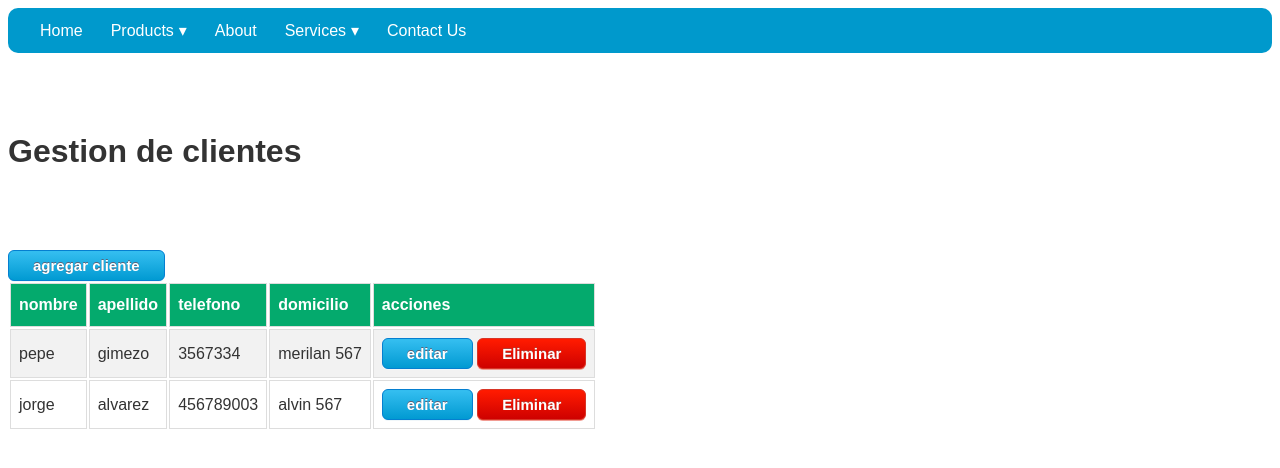
Repository: geraldine-ventura/Practicando.net
Page: index 2.html
The author's editor kept a copy of each file at every save. The page is drawn from the files as they stood at one save, then again after the next save.
The browser window is 1280 px wide. The pictures show the whole page.

Above is the page before, as saved 2022-12-20 14:36:01.

### index 2.html
<link rel="stylesheet" href="style.css"/>
<link rel="stylesheet" href="menu.css"/>
<link rel="stylesheet" href="modal.css"/>


<nav id='menu'>
    <input type='checkbox' id='responsive-menu' onclick='updatemenu()'><label></label>
    <ul>
      <li><a href='http://'>Home</a></li>
      <li><a class='dropdown-arrow' href='http://'>Products</a>
        <ul class='sub-menus'>
          <li><a href='http://'>Products 1</a></li>
          <li><a href='http://'>Products 2</a></li>
          <li><a href='http://'>Products 3</a></li>
          <li><a href='http://'>Products 4</a></li>
        </ul>
      </li>
      <li><a href='http://'>About</a></li>
      <li><a class='dropdown-arrow' href='http://'>Services</a>
        <ul class='sub-menus'>
          <li><a href='http://'>Services 1</a></li>
          <li><a href='http://'>Services 2</a></li>
          <li><a href='http://'>Services 3</a></li>
        </ul>
      </li>
      <li><a href='http://'>Contact Us</a></li>
    </ul>
  </nav>

<h1>Gestion de clientes</h1>

<a onclick="agregarCliente()" id="btnAgregar" href="#"
class="myButton">agregar cliente</a>

<table id= "customers">
    <tr>
        <th>nombre</th>
        <th>apellido</th>
        <th>telefono</th>
        <th>domicilio</th>
        <th>acciones</th>
    </tr>
    <tr>
        <td>pepe</td>
        <td>gimezo</td>
        <td>3567334</td>
        <td>merilan 567</td>
        <td>
         <a href="#" class="myButton">editar</a>
         <a href="#" class="myButton2">Eliminar</a>

        </td>
    </tr>
    <tr>
        <td>jorge</td>
        <td>alvarez</td>
        <td>456789003</td>
        <td>alvin 567</td>
        <td>
            <a href="#" class="myButton">editar</a>
            <a href="#" class="myButton2">Eliminar</a>

          </td>
    </tr>
</table>
<br/>
<!-- Modal -->
<div id="modal" class="modale" aria-hidden="true">
    <div class="modal-dialog">
      <div class="modal-header">

        <h2>Please Login</h2>
        <a onclick="cerrarModal()" href="#" class="btn-close closemodale"
        aria-hidden="true">&times;</a>
      </div>
      <div class="modal-body">
        <input type="text" name="u" placeholder="User" size="20" /><br>
        <input type="text" name="p" placeholder="&bull;&bull;&bull;&bull;" size="20" /></div>
      <div class="modal-footer">


        <a href="#" class="btn" id="btn_ingresar">Login</a>
      </div>
    </div>
  </div>
  <!-- /Modal -->

   <script>
    function agregarCliente() {
    htmlModal= document.getElementById("modal");
    htmlModal.setAttribute("class", "modale opened");
}
    function cerrarModal() {
    htmlModal= document.getElementById("modal");
    htmlModal.setAttribute("class", "modale");
}
   </script>

### style.css
<style>
    #customers {
      font-family: Arial, Helvetica, sans-serif;
      border-collapse: collapse;
      width: 100%;
    }

    #customers td, #customers th {
      border: 1px solid #ddd;
      padding: 8px;
    }

    #customers tr:nth-child(even){background-color: #f2f2f2;}

    #customers tr:hover {background-color: #ddd;}

    #customers th {
      padding-top: 12px;
      padding-bottom: 12px;
      text-align: left;
      background-color: #04AA6D;
      color: white;
    }
    .myButton {
	box-shadow: 0px 1px 0px 0px #f0f7fa;
	background:linear-gradient(to bottom, #33bdef 5%, #019ad2 100%);
	background-color:#33bdef;
	border-radius:6px;
	border:1px solid #057fd0;
	display:inline-block;
	cursor:pointer;
	color:#ffffff;
	font-family:Arial;
	font-size:15px;
	font-weight:bold;
	padding:6px 24px;
	text-decoration:none;
	text-shadow:0px -1px 0px #5b6178;
}
.myButton:hover {
	background:linear-gradient(to bottom, #019ad2 5%, #33bdef 100%);
	background-color:#019ad2;
}
.myButton:active {
	position:relative;
	top:1px;
}
.myButton2 {
	box-shadow: 0px 1px 0px 0px #f29c93;
	background:linear-gradient(to bottom, #fe1a00 5%, #ce0100 100%);
	background-color:#fe1a00;
	border-radius:6px;
	border:1px solid #d83526;
	display:inline-block;
	cursor:pointer;
	color:#ffffff;
	font-family:Arial;
	font-size:15px;
	font-weight:bold;
	padding:6px 24px;
	text-decoration:none;
	text-shadow:0px -1px 0px #b23e35;
}
.myButton2:hover {
	background:linear-gradient(to bottom, #ce0100 5%, #fe1a00 100%);
	background-color:#ce0100;
}
.myButton2:active {
	position:relative;
	top:1px;
}


</style>

### menu.css
#menu {
	background: #0099CC;
	color: #FFF;
	height: 45px;
	padding-left: 18px;
	border-radius: 10px;
}
#menu ul, #menu li {
	margin: 0 auto;
	padding: 0;
	list-style: none
}
#menu ul {
	width: 100%;
}
#menu li {
	float: left;
	display: inline;
	position: relative;
}
#menu a {
	display: block;
	line-height: 45px;
	padding: 0 14px;
	text-decoration: none;
	color: #FFFFFF;
	font-size: 16px;
}
#menu a.dropdown-arrow:after {
	content: "\25BE";
	margin-left: 5px;
}
#menu li a:hover {
	color: #0099CC;
	background: #F2F2F2;
}
#menu input {
	display: none;
	margin: 0;
	padding: 0;
	height: 45px;
	width: 100%;
	opacity: 0;
	cursor: pointer
}
#menu label {
	display: none;
	line-height: 45px;
	text-align: center;
	position: absolute;
	left: 35px
}
#menu label:before {
	font-size: 1.6em;
	content: "\2261";
	margin-left: 20px;
}
#menu ul.sub-menus{
	height: auto;
	overflow: hidden;
	width: 170px;
	background: #444444;
	position: absolute;
	z-index: 99;
	display: none;
}
#menu ul.sub-menus li {
	display: block;
	width: 100%;
}
#menu ul.sub-menus a {
	color: #FFFFFF;
	font-size: 16px;
}
#menu li:hover ul.sub-menus {
	display: block
}
#menu ul.sub-menus a:hover{
	background: #F2F2F2;
	color: #444444;
}
@media screen and (max-width: 800px){
	#menu {position:relative}
	#menu ul {background:#111;position:absolute;top:100%;right:0;left:0;z-index:3;height:auto;display:none}
	#menu ul.sub-menus {width:100%;position:static;}
	#menu ul.sub-menus a {padding-left:30px;}
	#menu li {display:block;float:none;width:auto;}
	#menu input, #menu label {position:absolute;top:0;left:0;display:block}
	#menu input {z-index:4}
	#menu input:checked + label {color:white}
	#menu input:checked + label:before {content:"\00d7"}
	#menu input:checked ~ ul {display:block}
}

### modal.css
body{
    font-family: sans-serif;
    color:#333;

  }
  h1{
    margin:80px 0
  }
  .btn {
    background: #428bca;
    border: #357ebd solid 0px;
    border-radius: 3px;
    color: #fff;
    display: inline-block;
    font-size: 14px;
    padding: 8px 15px;
    text-decoration: none;
    text-align: center;
    min-width: 60px;
    position: relative;
    transition: color .1s ease;
  }
  .btn:hover {
    background: #357ebd;
  }
  .btn.btn-big {
    font-size: 18px;
    padding: 15px 20px;
    min-width: 100px;
  }
  .btn-close {
    color: #aaaaaa;
    font-size: 20px;
    text-decoration: none;
    padding:10px;
    position: absolute;
    right: 7px;
    top: 0;
  }
  .btn-close:hover {
    color: #919191;
  }
  .modale:before {
    content: "";
    display: none;
    background: rgba(0, 0, 0, 0.6);
    position: fixed;
    top: 0;
    left: 0;
    right: 0;
    bottom: 0;
    z-index: 10;
  }
  .opened:before {
    display: block;
  }
  .opened .modal-dialog {
    -webkit-transform: translate(0, 0);
    -ms-transform: translate(0, 0);
    transform: translate(0, 0);
    top: 20%;
  }
  .modal-dialog {
    background: #fefefe;
    border: #333333 solid 0px;
    border-radius: 5px;
    margin-left: -200px;
    text-align:center;
    position: fixed;
    left: 50%;
    top: -100%;
    z-index: 11;
    width: 360px;
    box-shadow:0 5px 10px rgba(0,0,0,0.3);
    -webkit-transform: translate(0, -500%);
    -ms-transform: translate(0, -500%);
    transform: translate(0, -500%);
    -webkit-transition: -webkit-transform 0.3s ease-out;
    -moz-transition: -moz-transform 0.3s ease-out;
    -o-transition: -o-transform 0.3s ease-out;
    transition: transform 0.3s ease-out;
  }
  .modal-body {
    padding: 20px;
  }
  .modal-body input{
    width:200px;
    padding:8px;
    border:1px solid #ddd;
    color:#888;
    outline:0;
    font-size:14px;
    font-weight:bold
  }
  .modal-header,
  .modal-footer {
    padding: 10px 20px;
  }
  .modal-header {
    border-bottom: #eeeeee solid 1px;
  }
  .modal-header h2 {
    font-size: 20px;
  }

After the next save:
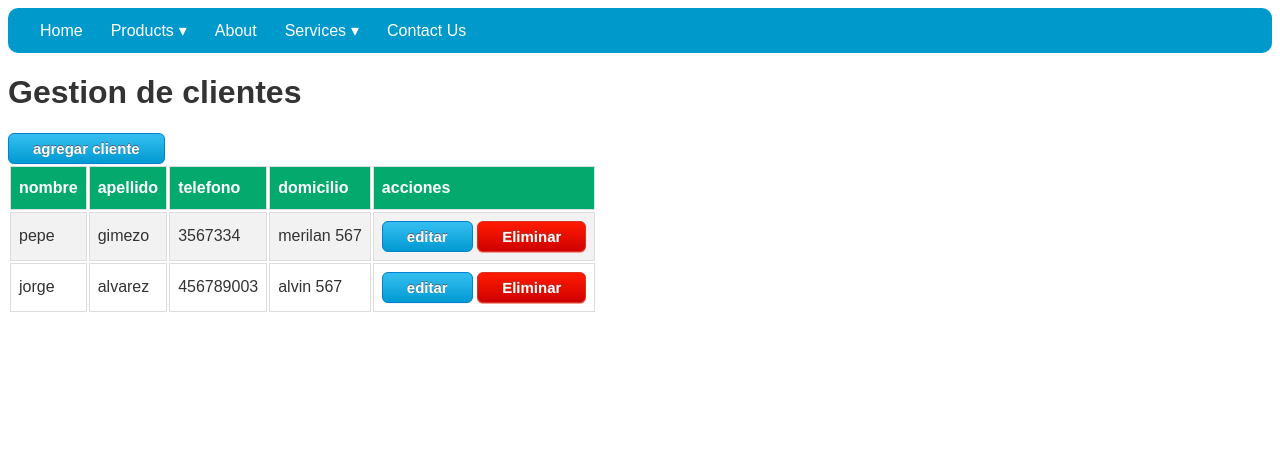
Saved 5 min 46 s later.
--- a/modal.css
+++ b/modal.css
@@ -4,7 +4,7 @@ body{
 
   }
   h1{
-    margin:80px 0
+
   }
   .btn {
     background: #428bca;
